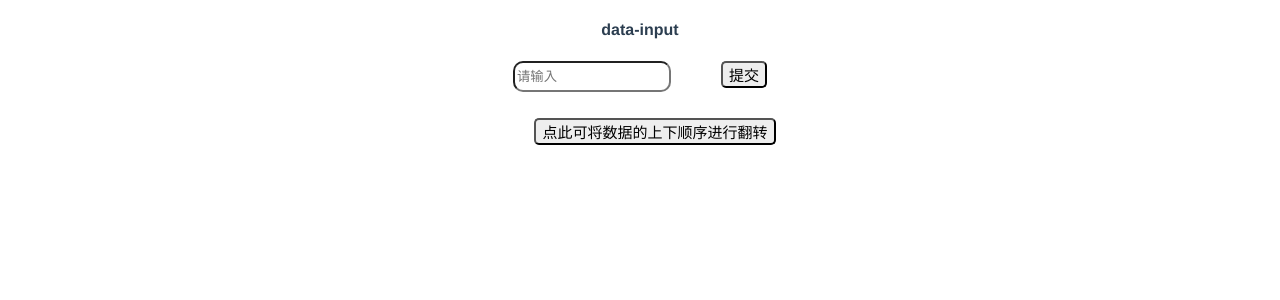
Repository: z-xy-git/demofirst
Page: /
These files come from the project's save history. The page is drawn as it stood at one moment and after the next save; the edit follows.
The browser window is 1280 px wide. The pictures show the whole page.
The project was rebuilt for these pictures with package versions that can differ from the ones it lists, and the page was loaded fresh each time.

Above is the page before, as saved 2021-02-26 10:52:52.

After the next save:
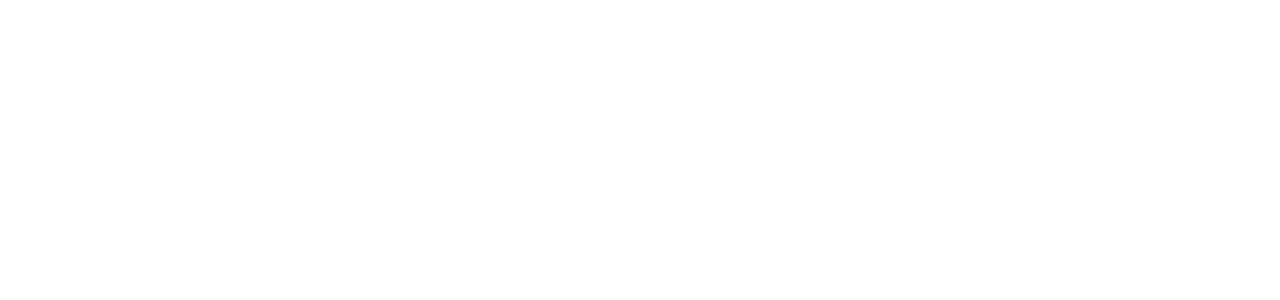
Console error (its wording comes from the project's code and is left out).
Saved 7 min 10 s later.
--- a/src/router/index.js
+++ b/src/router/index.js
@@ -10,12 +10,10 @@
   {
     path: '/',
     name: 'Home',
-    component: Home
-  },
-  {
-    path: '/home',
-    name: 'Home',
-    component: Home
+    component: Home,
+    children:{
+
+    }
   },
   // {
     // path: '/showData',

After the save that followed:
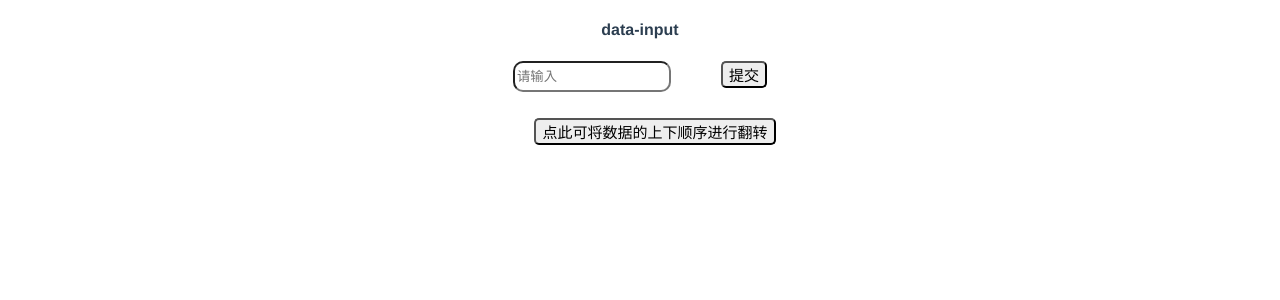
The error is gone.
Saved 12 s later.
--- a/src/router/index.js
+++ b/src/router/index.js
@@ -11,9 +11,9 @@
     path: '/',
     name: 'Home',
     component: Home,
-    children:{
+    children:[
 
-    }
+    ]
   },
   // {
     // path: '/showData',
